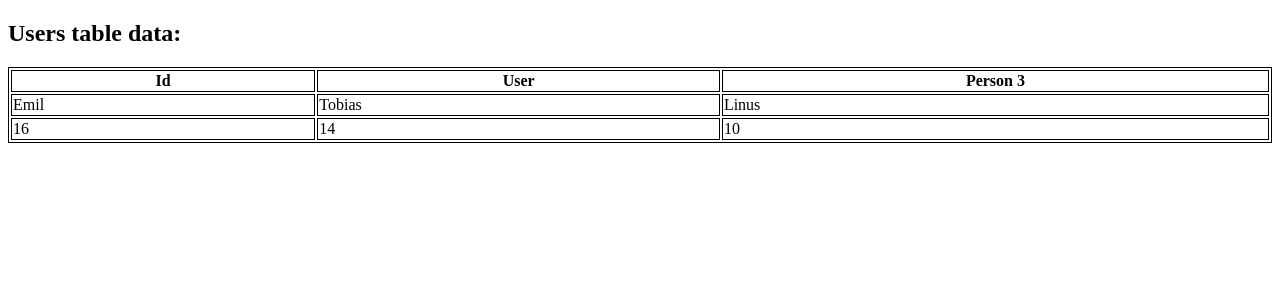
Repository: Rishicollinz/Java_Fullstack
Page: http://localhost/jsp3/display.jsp
The author's editor kept a copy of each file at every save. The page is drawn from the files as they stood at one save, then again after the next save.
The browser window is 1280 px wide. The pictures show the whole page.
The page is served by Tomcat 9.

Above is the page before, as saved 2023-05-18 08:31:01.

After the next save:
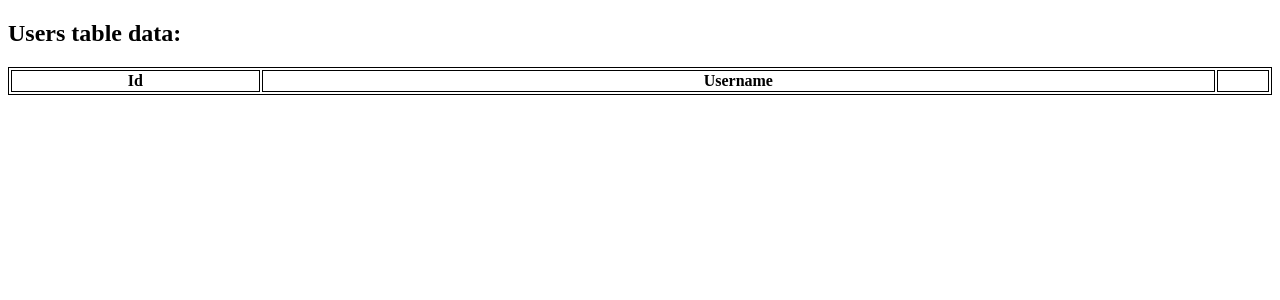
Saved 20 s later.
--- a/Eclipse 2/jsp3/src/main/webapp/display.jsp
+++ b/Eclipse 2/jsp3/src/main/webapp/display.jsp
@@ -14,19 +14,8 @@ table, th, td {
 <table style="width:100%">
   <tr>
     <th>Id</th>
-    <th>User</th>
-    <th>Person 3</th>
-  </tr>
-  <tr>
-    <td>Emil</td>
-    <td>Tobias</td>
-    <td>Linus</td>
-  </tr>
-  <tr>
-    <td>16</td>
-    <td>14</td>
-    <td>10</td>
-  </tr>
+    <th>Username</th>
+    <th
 </table>
 
 </body>
